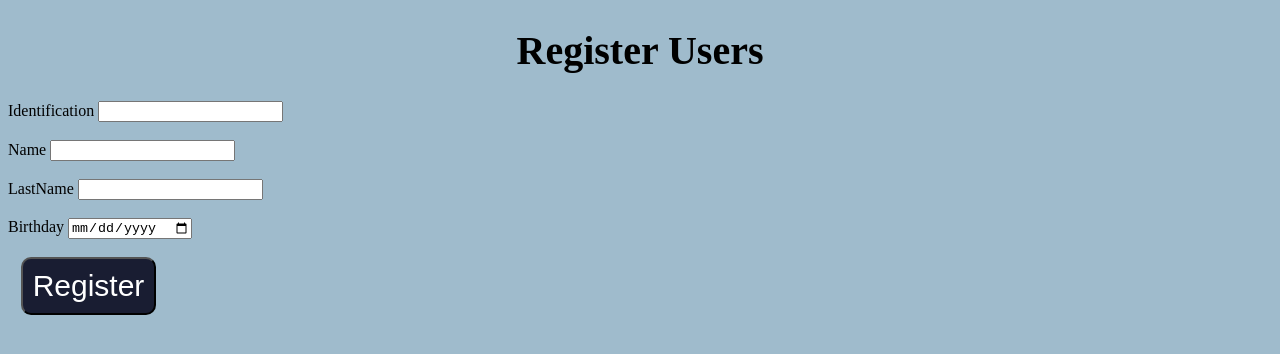
Repository: dimhernandezca/app-arquitectura-enlanube
Page: templates/register.html
The author's editor kept a record of every edit. The page is drawn from the files as they stood at one moment, then again after the next edit.
The browser window is 1280 px wide. The pictures show the whole page.

Above is the page before.

After the next edit:
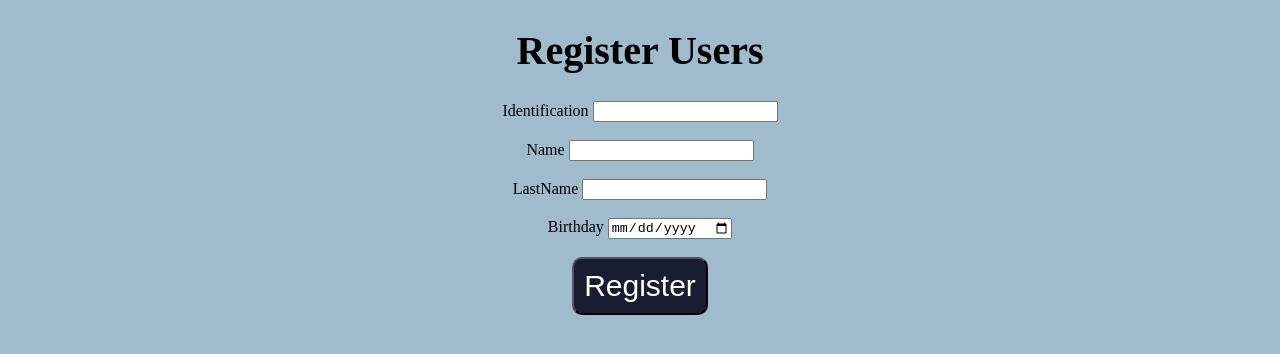
The edit:
--- a/static/css/styleRegister.css
+++ b/static/css/styleRegister.css
@@ -15,3 +15,7 @@
     margin-left: 1%;
     margin-right: 1%;
 }
+
+form {
+    text-align: center;
+}
